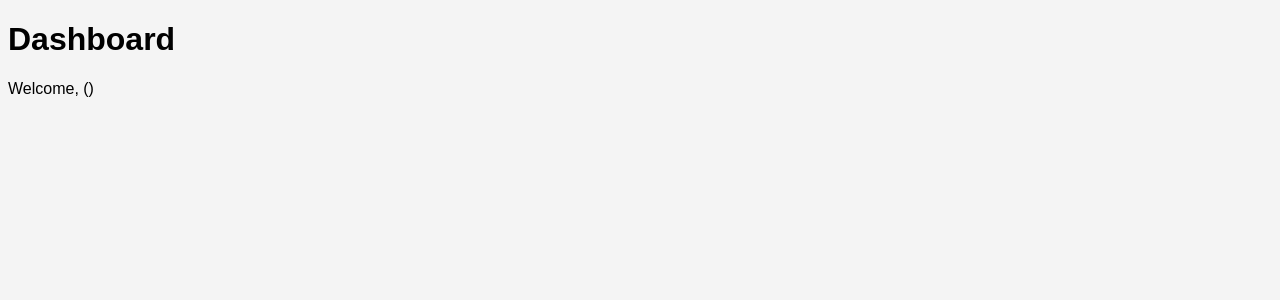
Repository: ENG02222222/AssetManagement_EngXianYu
Page: /dashboard (app in AssetFrontend/)
The author's editor kept a copy of each file at every save. The page is drawn from the files as they stood at one save, then again after the next save.
The browser window is 1280 px wide. The pictures show the whole page.
The project was rebuilt for these pictures with package versions that can differ from the ones it lists, and the page was loaded fresh each time. Also part of the build but not shown: AssetFrontend/vite.config.js, AssetFrontend/src/pages/LoginPage.vue.

Above is the page before, as saved 2025-11-19 23:37:12.

After the next save:
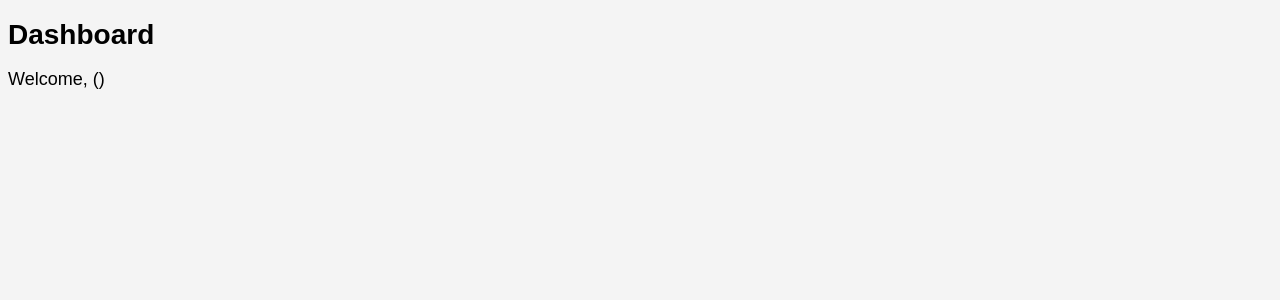
Saved 43 s later.
--- a/AssetFrontend/src/pages/DashboardPage.vue
+++ b/AssetFrontend/src/pages/DashboardPage.vue
@@ -1,9 +1,21 @@
 <template>
-  <h1>Dashboard</h1>
-  <p>Welcome, {{ auth.username }} ({{ auth.role }})</p>
+  <div>
+    <h1>Dashboard</h1>
+    <p>Welcome, {{ auth.username }} ({{ auth.role }})</p>
+  </div>
 </template>
 
 <script setup>
 import { useAuthStore } from "../stores/auth";
 const auth = useAuthStore();
 </script>
+
+<style scoped>
+h1 {
+  font-size: 28px;
+  margin-bottom: 10px;
+}
+p {
+  font-size: 18px;
+}
+</style>
